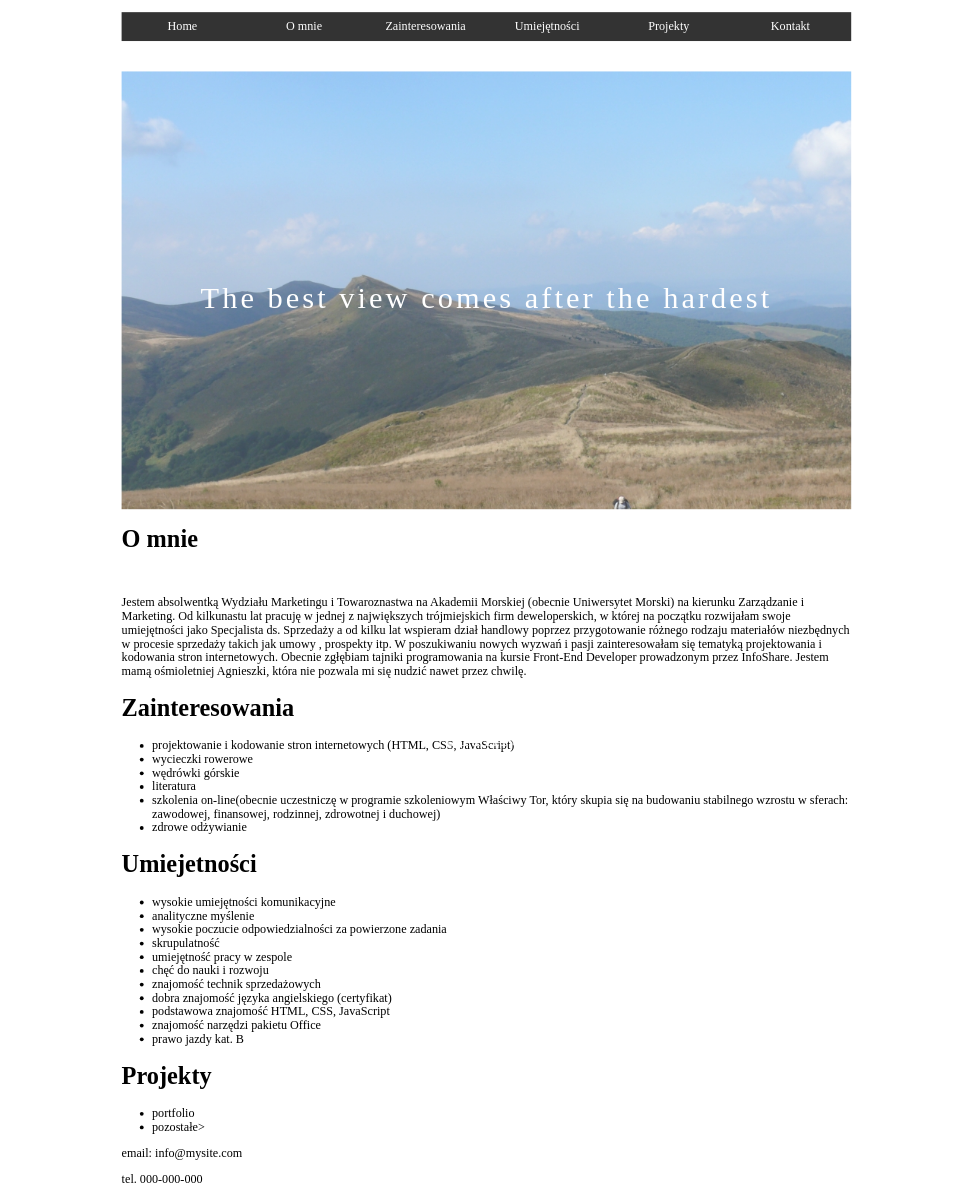
Repository: MagJaw/portfolio
Page: portfolio.html
An editor plug-in stored every save of this project. The page is shown before and after the next save, followed by the edit.
The browser window is 1280 px wide. The pictures show the whole page, at 76% of full size.

Above is the page before, as saved 2018-11-12 00:48:03.

### portfolio.html
<!DOCTYPE html>
<html lang="pl">
<head>
    <meta charset="UTF-8">
    <meta name="viewport" content="width=device-width, initial-scale=1.0">
    <meta http-equiv="X-UA-Compatible" content="ie=edge">
    <link rel="stylesheet" href="main.css">
    <title>Portfolio</title>
</head>
<body>
    <div id="wrapper">
        <nav role="navigation"class="menu__container">
            <ul class="menu">
                <li class="menu__section">
                    <a href="#section1">Home</a>
                </li>
                <li class="menu__section">
                    <a href="#section2">O mnie</a>
                </li>
                <li class="menu__section">
                    <a href="#section3">Zainteresowania</a>
                </li>
                <li class="menu__section">
                    <a href="#section4">Umiejętności</a>
                </li>
                <li class="menu__section">
                    <a href="#section5">Projekty</a>
                </li>
                <li class="menu__section">
                    <a href="#section6">Kontakt</a>
                </li>
            </ul>
        </nav>
        <div class="motto__container">
            <blockquote>The best view comes after the hardest climb</blockquote>
        </div>

        <div class="section2">
            <h1 class="header__section">O mnie</h1>
            <img src="" class="my__photo">
            <p> Jestem absolwentką Wydziału Marketingu i Towaroznastwa na Akademii Morskiej (obecnie Uniwersytet Morski) na kierunku Zarządzanie i Marketing. Od kilkunastu lat pracuję w jednej z największych trójmiejskich firm deweloperskich, w której na początku rozwijałam swoje umiejętności jako Specjalista ds. Sprzedaży a od kilku lat wspieram dział handlowy poprzez przygotowanie różnego rodzaju materiałów niezbędnych w procesie sprzedaży takich jak umowy , prospekty itp. W poszukiwaniu nowych wyzwań i pasji zainteresowałam się tematyką projektowania i kodowania stron internetowych. Obecnie zgłębiam tajniki programowania na kursie Front-End Developer prowadzonym przez InfoShare. Jestem mamą ośmioletniej Agnieszki, która nie pozwala mi się nudzić nawet przez chwilę.</p>
        </div>
        <div class="section3">
            <h1 class="header__section">Zainteresowania</h1>
            <ul>
                <li>projektowanie i kodowanie stron internetowych (HTML, CSS, JavaScript)</li>
                <li>wycieczki rowerowe</li>
                <li>wędrówki górskie</li>
                <li>literatura</li>
                <li>szkolenia on-line(obecnie uczestniczę w programie szkoleniowym Właściwy Tor, który skupia się na budowaniu stabilnego wzrostu w sferach: zawodowej, finansowej, rodzinnej, zdrowotnej i duchowej)</li>
                <li>zdrowe odżywianie</li>
            </ul>
        </div>
        <div class="section4">
            <h1 class="header__section">Umiejetności</h1>
            <ul>
                <li>wysokie umiejętności komunikacyjne</li>
                <li>analityczne myślenie</li>
                <li>wysokie poczucie odpowiedzialności za powierzone zadania</li>
                <li>skrupulatność</li>
                <li>umiejętność pracy w zespole</li>
                <li>chęć do nauki i rozwoju</li>
                <li>znajomość technik sprzedażowych</li>
                <li>dobra znajomość języka angielskiego (certyfikat)</li>
                <li>podstawowa znajomość HTML, CSS, JavaScript</li>
                <li>znajomość narzędzi pakietu Office</li>
                <li>prawo jazdy kat. B</li>
            </ul>
        </div>
        <div class="section5">
            <h1 class="header__section">Projekty</h1>
            <ul>
                <li>portfolio</li>
                <li>pozostałe></li>
            </ul>
        </div>
        <div class="section6">
            <p>email: info@mysite.com</p>
            <p>tel. 000-000-000</p>
        </div>
    </div>
</body>
</html>

### main.css
#wrapper {
    width: 100%;
    max-width: 960px;
    margin: 0 auto;
}

.menu__container {
background:  #333;
}

.menu {
    list-style-type: none;
    padding: 0;
}

.menu__container a {
    text-decoration: none;
    text-align: center;
    color: #fff;
    display: block;
    padding: 10px;
}

.menu__container a:hover {
background-color: #555;
}

.motto__container {
width: 100%;
height: 45vw;
background-image: url(tapeta.jpg);
background-color: #555;
opacity: 0.8;
}

blockquote {
font-size: 2.5em;
font-weight: 2em;
letter-spacing: 0.1em;
color: #fff;
text-align: center;
line-height: 45vw;
padding: 10px;
opacity: 1;
}

@media screen and (min-width: 768px){

.menu {
display: flex;
}

.menu__section {
flex: 1 1 0;
}

}

After the next save:
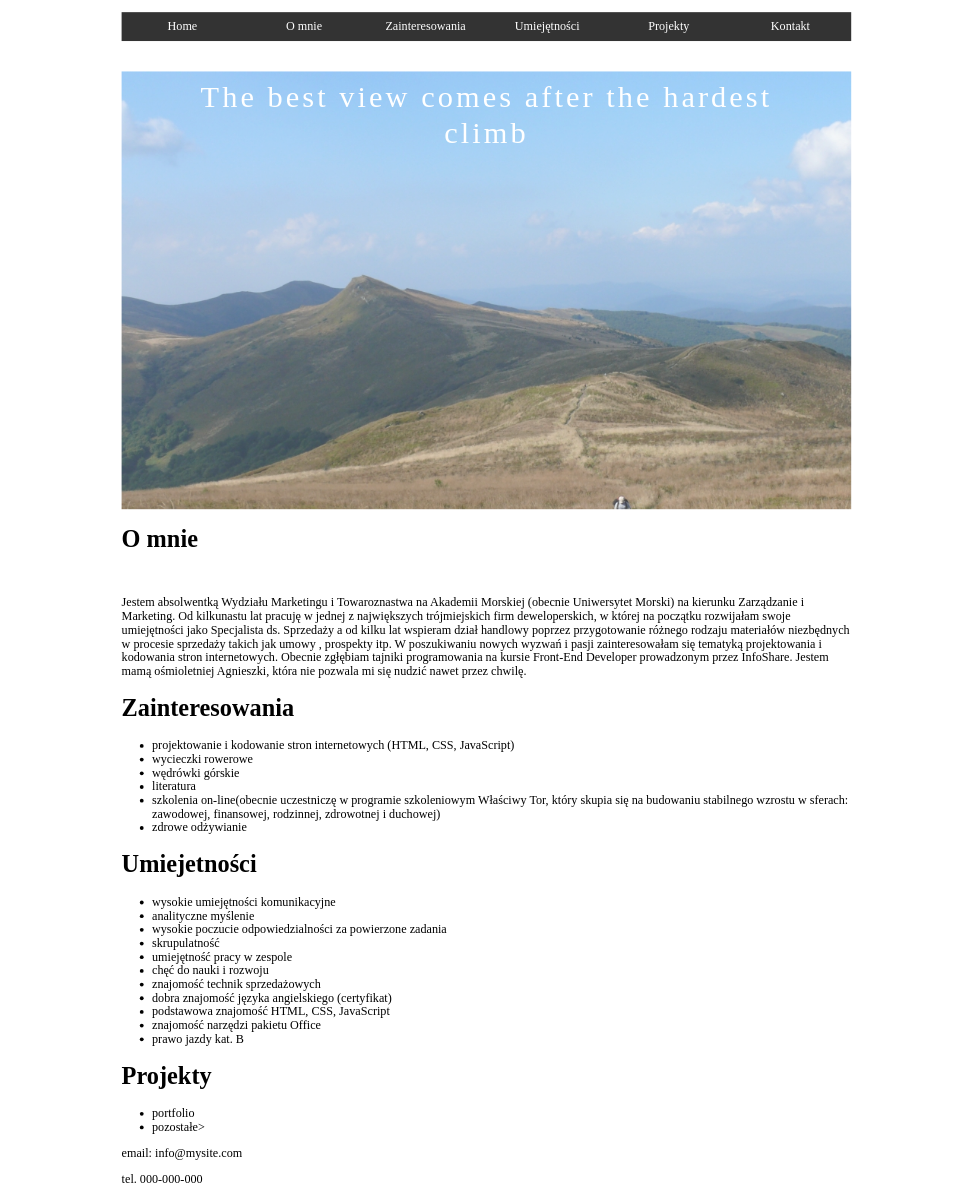
Saved 3 min 3 s later.
--- a/main.css
+++ b/main.css
@@ -39,7 +39,6 @@ font-weight: 2em;
 letter-spacing: 0.1em;
 color: #fff;
 text-align: center;
-line-height: 45vw;
 padding: 10px;
 opacity: 1;
 }
